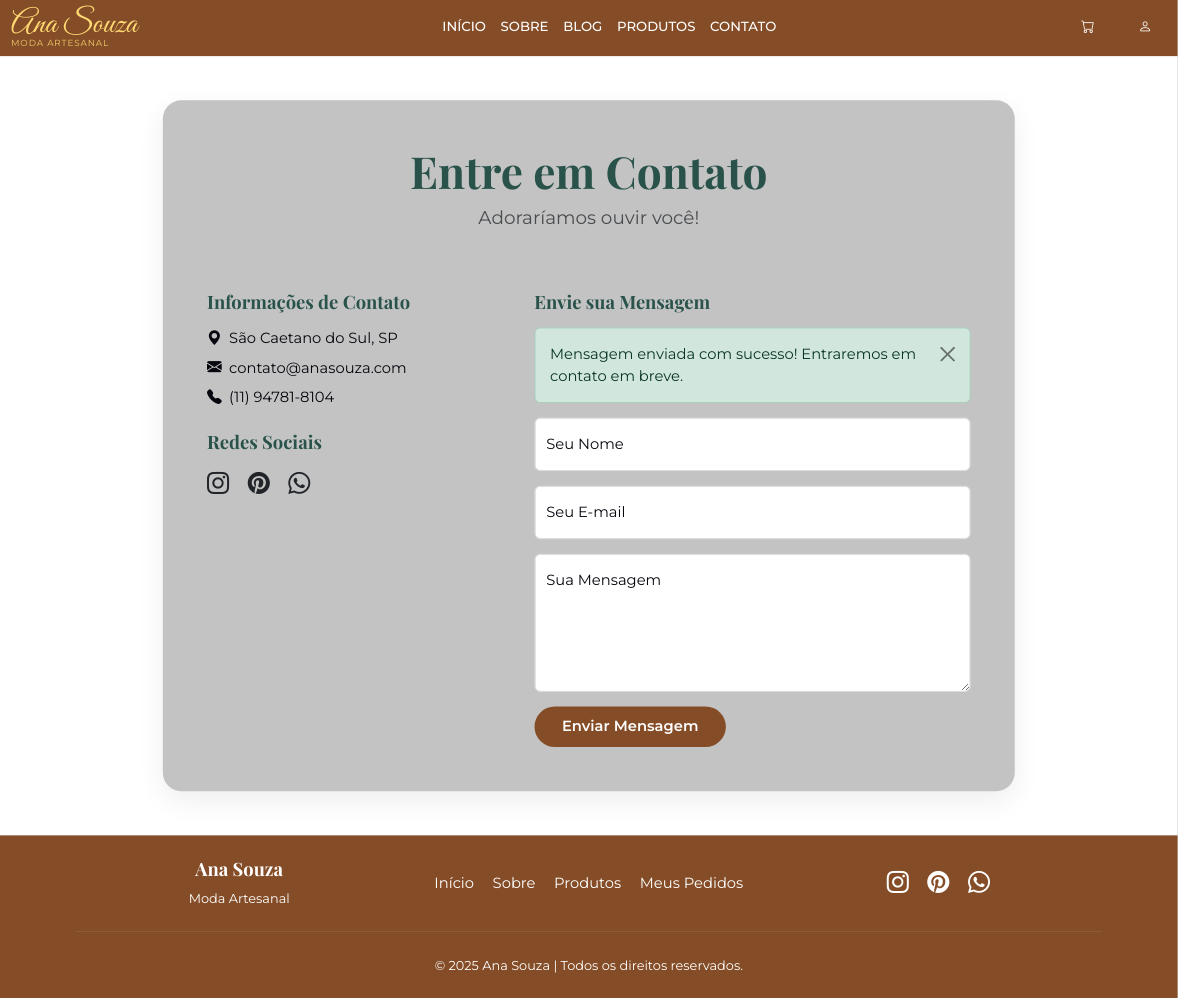
Repository: Lucascsg/projeto-anasouza-frontend
Page: contato.html
The author's editor kept a copy of each file at every save. The page is drawn from the files as they stood at one save, then again after the next save.
The browser window is 1280 px wide. The pictures show the whole page, at 92% of full size.
Empty fields were first filled with sample values (such as "Sample", 5 or name@example.com).
After loading, the first visible `#contact-form` was submitted once.
The page's requests for data from a server got no answer.

Above is the page before, as saved 2025-10-28 19:19:31.

### contato.html
<!DOCTYPE html>
<html lang="pt-br">
<head>
    <meta charset="UTF-8">
    <meta name="viewport" content="width=device-width, initial-scale=1.0">
    <title>Contato - Ana Souza</title>
    <link href="https://cdn.jsdelivr.net/npm/bootstrap@5.3.2/dist/css/bootstrap.min.css" rel="stylesheet">
    <link rel="stylesheet" href="css/style.css">
    <link rel="stylesheet" href="https://cdn.jsdelivr.net/npm/bootstrap-icons@1.11.1/font/bootstrap-icons.css">
    <link rel="preconnect" href="https://fonts.googleapis.com">
    <link rel="preconnect" href="https://fonts.gstatic.com" crossorigin>
    <link href="https://fonts.googleapis.com/css2?family=Montserrat:wght@400;500;600&family=Playfair+Display:wght@700&family=Great+Vibes&display=swap" rel="stylesheet">
</head>
<body class="bg-white-page">

    <header>
        <nav class="navbar navbar-expand-lg navbar-dark navbar-custom">
            <div class="container-fluid"> <a class="navbar-brand logo-text" href="index.html"> <div>Ana Souza</div> <small class="logo-subtitle">MODA ARTESANAL</small> </a> <button class="navbar-toggler" type="button" data-bs-toggle="collapse" data-bs-target="#navbarNav"> <span class="navbar-toggler-icon"></span> </button> <div class="collapse navbar-collapse" id="navbarNav"> <ul class="navbar-nav mx-auto"> <li class="nav-item"><a class="nav-link" href="index.html">Início</a></li> <li class="nav-item"><a class="nav-link" href="index.html#sobre">Sobre</a></li> <li class="nav-item"><a class="nav-link" href="blog.html">Blog</a></li> <li class="nav-item"><a class="nav-link" href="produtos.html">Produtos</a></li> <li class="nav-item"><a class="nav-link active" href="contato.html">Contato</a></li> </ul> <div class="navbar-icons d-flex"> <a href="carrinho.html" class="nav-link position-relative"> <i class="bi bi-cart"></i> <span class="badge rounded-pill bg-danger position-absolute top-0 start-100 translate-middle" id="contador-carrinho" style="display: none;">0</span> </a> <a href="login.html" class="nav-link ms-3"><i class="bi bi-person"></i></a> </div> </div> </div>
        </nav>
    </header>

    <main class="container my-5">
        <div class="row justify-content-center">
            <div class="col-lg-10">
                <div class="section-card p-4 p-md-5">
                    <div class="row">
                        <div class="col-12 text-center mb-5">
                            <h1 class="display-5 fw-bold">Entre em Contato</h1>
                            <p class="lead text-muted">Adoraríamos ouvir você!</p>
                        </div>
                    </div>
                    <div class="row">
                        <div class="col-md-5 mb-4 mb-md-0">
                            <h5 class="fw-bold mb-3">Informações de Contato</h5>
                            <p class="mb-2"><i class="bi bi-geo-alt-fill me-2"></i>São Caetano do Sul, SP</p>
                            <p class="mb-2"><i class="bi bi-envelope-fill me-2"></i>contato@anasouza.com </p>
                            <p class="mb-4"><i class="bi bi-telephone-fill me-2"></i>(11) 94781-8104</p>

                            <h5 class="fw-bold mb-3">Redes Sociais</h5>
                            <a href="#" class="text-dark fs-4 me-3"><i class="bi bi-instagram"></i></a>
                            <a href="#" class="text-dark fs-4 me-3"><i class="bi bi-pinterest"></i></a>
                            <a href="#" class="text-dark fs-4"><i class="bi bi-whatsapp"></i></a>
                        </div>

                        <div class="col-md-7">
                            <h5 class="fw-bold mb-3">Envie sua Mensagem</h5>
                            <form id="contact-form">
                                <div id="alert-placeholder-contato" class="mb-3"></div>
                                <div class="form-floating mb-3">
                                    <input type="text" class="form-control" id="nome-contato" placeholder="Seu Nome" required>
                                    <label for="nome-contato">Seu Nome</label>
                                </div>
                                <div class="form-floating mb-3">
                                    <input type="email" class="form-control" id="email-contato" placeholder="Seu E-mail" required>
                                    <label for="email-contato">Seu E-mail</label>
                                </div>
                                <div class="form-floating mb-3">
                                    <textarea class="form-control" placeholder="Sua Mensagem" id="mensagem-contato" style="height: 150px" required></textarea>
                                    <label for="mensagem-contato">Sua Mensagem</label>
                                </div>
                                <button type="submit" class="btn btn-custom-primary">Enviar Mensagem</button>
                            </form>
                        </div>
                    </div>
                </div>
            </div>
        </div>
    </main>
    <footer class="py-4 footer-custom">
        <div class="container text-center text-white">
            <div class="row align-items-center">
                <div class="col-md-4 mb-3 mb-md-0">
                    <h5 class="text-white">Ana Souza</h5>
                    <small>Moda Artesanal</small>
                </div>
                <div class="col-md-4 mb-3 mb-md-0">
                    <ul class="list-inline mb-0">
                        <li class="list-inline-item mx-2"><a href="#" class="text-white">Início</a></li>
                        <li class="list-inline-item mx-2"><a href="#sobre" class="text-white">Sobre</a></li>
                        <li class="list-inline-item mx-2"><a href="produtos.html" class="text-white">Produtos</a></li>
                        <li class="list-inline-item mx-2"><a href="historico.html" class="text-white">Meus Pedidos</a></li>
                    </ul>
                </div>
                <div class="col-md-4">
                    <a href="#" class="text-white fs-4 mx-2"><i class="bi bi-instagram"></i></a>
                    <a href="#" class="text-white fs-4 mx-2"><i class="bi bi-pinterest"></i></a>
                    <a href="#" class="text-white fs-4 mx-2"><i class="bi bi-whatsapp"></i></a>
                </div>
            </div>
            <hr class="my-4" style="border-color: rgba(255, 255, 255, 0.3);">
            <small>&copy; 2025 Ana Souza | Todos os direitos reservados.</small>
        </div>
    </footer>

    <script src="https://cdn.jsdelivr.net/npm/bootstrap@5.3.2/dist/js/bootstrap.bundle.min.js"></script>
    <script src="js/contato.js"></script>
    <script src="js/carrinho.js"></script>
</body>
</html>

### css/style.css
/* =================================== */
/* VARIÁVEIS GLOBAIS E ESTILOS BASE    */
/* =================================== */
:root {
    /* Sua paleta de cores (mantive suas últimas alterações) */
    --cor-base-escura: #854D27;
    --cor-acao-vibrante: #854D27;
    --cor-detalhe-quente: #29524A;
    --cor-texto-escuro: #06070E;

    /* Cores Neutras e de Fundo */
    --cor-fundo-claro: #F8F5F2;
    --cor-texto-claro: #FFFFFF;
}

body {
    font-family: 'Montserrat', sans-serif;
    background-color: #B16262;
    color: var(--cor-texto-escuro);
}

/* Estilo para páginas com fundo branco específico */
body.bg-white-page {
    background-color: #FFFFFF;
}

h1, h2, h3, h4, h5, h6 {
    font-family: 'Playfair Display', serif;
    color: var(--cor-detalhe-quente);
}

/* =================================== */
/* ESTILOS DA BARRA DE NAVEGAÇÃO       */
/* =================================== */
.navbar-custom {
    background-color: var(--cor-base-escura);
}
/* ... (O resto dos estilos da navbar e do logo permanecem como você enviou) ... */
.navbar-brand.logo-text {
    display: flex;
    flex-direction: column;
    justify-content: center;
    padding: 0;
    position: relative;
    top: 2px;
}
.navbar-brand div {
    font-family: 'Great Vibes', cursive;
    font-size: 2.2rem;
    color: #FFD972 !important;
    line-height: 1;
    font-weight: normal;
}
.navbar-brand .logo-subtitle {
    font-family: 'Montserrat', sans-serif;
    font-size: 0.6rem;
    text-transform: uppercase;
    letter-spacing: 0.1em;
    display: block;
    opacity: 0.9;
    color: #FFD972;
    margin-top: -5px;
}
/* ... (outros estilos da navbar que você enviou) ... */
.navbar-custom .navbar-brand img {
    height: 40px;
}
.navbar-custom .nav-link {
    color: var(--cor-texto-claro);
    font-weight: 500;
    text-transform: uppercase;
    font-size: 0.9rem;
    padding: 0.5rem 1rem;
    transition: opacity 0.3s;
}
.navbar-custom .nav-link:hover {
    opacity: 0.8;
}
.navbar-icons a {
    color: var(--cor-texto-claro);
    font-size: 1.2rem;
    transition: opacity 0.3s;
}
.navbar-icons a:hover {
    opacity: 0.8;
}


/* =================================== */
/* ESTILOS DA SEÇÃO HERO (IMAGEM)      */
/* =================================== */
#hero {
    position: relative;
    height: 90vh;
    width: 100%;
    display: flex;
    align-items: center;
    justify-content: center;

    /* --- ATUALIZAÇÃO PARA IMAGEM DE FUNDO --- */
    background: url('../imagens/hero-background.jpg') no-repeat center center/cover;
}

#hero::after {
    content: '';
    position: absolute;
    top: 0;
    left: 0;
    width: 100%;
    height: 100%;
    background: rgba(0, 0, 0, 0.6);
    z-index: 1;
}

#hero .hero-content {
    position: relative;
    z-index: 2;
}

#hero .hero-content h1 {
    font-weight: 700;
    color: var(--cor-texto-claro);
}

#hero .hero-content .btn {
    border-radius: 50px;
    padding: 12px 30px;
    font-weight: 600;
}


/* ... (O resto do seu CSS continua exatamente como você enviou) ... */

/* =================================== */
/* ESTILOS GERAIS DAS SEÇÕES           */
/* =================================== */
section h2 {
    color: var(--cor-detalhe-quente);
    margin-bottom: 1rem;
}

/* =================================== */
/* ESTILOS DA SEÇÃO DE PRODUTOS        */
/* =================================== */
.product-card {
    border: none;
    border-radius: 15px;
    box-shadow: 0 4px 15px rgba(0, 0, 0, 0.08);
    transition: all 0.3s ease-in-out;
}
.product-card:hover {
    transform: translateY(-8px);
    box-shadow: 0 8px 25px rgba(0, 0, 0, 0.12);
}
.product-card .card-title {
    color: var(--cor-texto-escuro);
    font-weight: 600;
}
.product-card .btn {
    border-radius: 50px;
    padding: 8px 25px;
    font-weight: 500;
    border-color: var(--cor-base-escura);
    color: var(--cor-base-escura);
}
.product-card .btn:hover {
    background-color: var(--cor-base-escura);
    color: white;
}

/* =================================== */
/* ESTILOS DA SEÇÃO DE BLOG            */
/* =================================== */
.btn-custom-primary {
    background-color: var(--cor-acao-vibrante);
    color: white;
    border: none;
    border-radius: 50px;
    padding: 10px 30px;
    font-weight: 600;
    transition: all 0.3s;
}
.btn-custom-primary:hover {
    background-color: var(--cor-acao-vibrante);
    color: white;
    opacity: 0.9;
    transform: translateY(-2px);
}
#blog img {
    border-radius: 15px;
}

/* =================================== */
/* ESTILOS DO RODAPÉ (FOOTER)          */
/* =================================== */
.footer-custom {
    background-color: var(--cor-base-escura);
}
.footer-custom a {
    text-decoration: none;
    transition: opacity 0.3s;
}
.footer-custom a:hover {
    opacity: 0.8;
}

/* =================================== */
/* ESTILO DE SEÇÃO EM FORMATO DE CARD  */
/* =================================== */

.section-card {
    background-color: #c3c3c3; /* Fundo branco para o card */
    padding: 3rem 2rem;        /* Espaçamento interno generoso */
    border-radius: 20px;       /* As pontas curvadas que você pediu */
    box-shadow: 0 10px 30px rgba(0, 0, 0, 0.07); /* Sombra sutil para "flutuar" */
}

/* =================================== */
/* Estilos da Página de Produto        */
/* =================================== */

.product-price {
    color: var(--cor-detalhe-quente); /* Usando o verde/marrom dos títulos */
    font-weight: 600;
}

/* =================================== */
/* Estilos da Personalização de Cor    */
/* =================================== */

.seletor-cor {
    width: 32px;
    height: 32px;
    border-radius: 50%; /* Deixa o elemento redondo */
    border: 2px solid #eee;
    cursor: pointer;
    margin-right: 10px;
    margin-bottom: 10px;
    transition: transform 0.2s ease-in-out;
    background-size: cover;
    background-position: center;
}

.seletor-cor:hover {
    transform: scale(1.1); /* Efeito de zoom no hover */
}

/* Estilo para o seletor de cor que está ativo/selecionado */
.seletor-cor.active {
    border-color: var(--cor-base-escura); /* Usa a cor da navbar para destacar */
    box-shadow: 0 0 8px rgba(0, 0, 0, 0.3);
}

/* ============================================= */
/* REFINAMENTO DA PÁGINA DE POST (LEIA MAIS)     */
/* ============================================= */

/* 1. Controlando o tamanho da imagem de destaque */
#post-imagem {
    max-height: 450px; /* Define uma altura máxima para a imagem */
    width: 100%;
    object-fit: cover;   /* Garante que a imagem cubra o espaço sem distorcer */
    border-radius: 15px; /* Bordas mais suaves, combinando com o resto do site */
}

/* 2. Ajustando o Título e a Data */
#post-titulo {
    margin-top: 2.5rem; /* Adiciona mais espaço acima do título */
}

#post-data {
    font-size: 0.8rem;
    text-transform: uppercase;
    letter-spacing: 0.05em; /* Espaçamento entre as letras para um look mais "design" */
}

/* 3. Melhorando a legibilidade do texto do artigo */
#post-conteudo p {
    font-size: 1.1rem;      /* Aumenta um pouco o tamanho da fonte para leitura */
    line-height: 1.8;       /* Aumenta o espaçamento entre as linhas, essencial para textos longos */
    color: #343a40;         /* Um cinza mais escuro para melhor contraste e conforto visual */
}

/* Estilo para os cards de resumo na página de agradecimento */
.summary-item-card {
    background-color: #c3c3c3 !important; /* O cinza que você usou nos section-cards */
    border: none;
    color: var(--cor-texto-escuro); /* Garante que o texto dentro seja escuro */
}

/* =================================== */
/* Estilos para Formulários de Login/Cadastro */
/* =================================== */
.form-container {
    padding: 2rem;
}

@media (min-width: 768px) {
    .form-container {
        padding: 3rem;
    }
}

/* Links personalizados para autenticação */
.link-custom-secondary {
    color: var(--cor-base-escura); /* Usa sua cor base escura */
    text-decoration: underline;
}
.link-custom-secondary:hover {
    color: var(--cor-principal-hover); /* Muda para o hover da cor principal */
    text-decoration: none;
}

### js/contato.js
document.addEventListener('DOMContentLoaded', () => {
    const contactForm = document.getElementById('contact-form');
    const alertPlaceholder = document.getElementById('alert-placeholder-contato');

    const showAlert = (message, type) => {
        alertPlaceholder.innerHTML =
            `<div class="alert alert-${type} alert-dismissible fade show" role="alert">
               ${message}
               <button type="button" class="btn-close" data-bs-dismiss="alert" aria-label="Close"></button>
            </div>`;
    }

    if (contactForm) {
        contactForm.addEventListener('submit', (event) => {
            event.preventDefault(); // Impede o envio real

            const nome = document.getElementById('nome-contato').value.trim();
            const email = document.getElementById('email-contato').value.trim();
            const mensagem = document.getElementById('mensagem-contato').value.trim();

            if (nome === '' || email === '' || mensagem === '') {
                showAlert('Por favor, preencha todos os campos.', 'warning');
                return;
            }

            // Simula o envio
            console.log("Simulando envio de mensagem:", { nome, email, mensagem });
            showAlert('Mensagem enviada com sucesso! Entraremos em contato em breve.', 'success');
            contactForm.reset(); // Limpa o formulário
        });
    }

    // Chama a função para garantir que o contador do carrinho apareça corretamente
    if (typeof atualizarContadorCarrinho === "function") {
        atualizarContadorCarrinho();
    }
});

Loaded but not shown: js/carrinho.js (227 lines, source omitted)

After the next save:
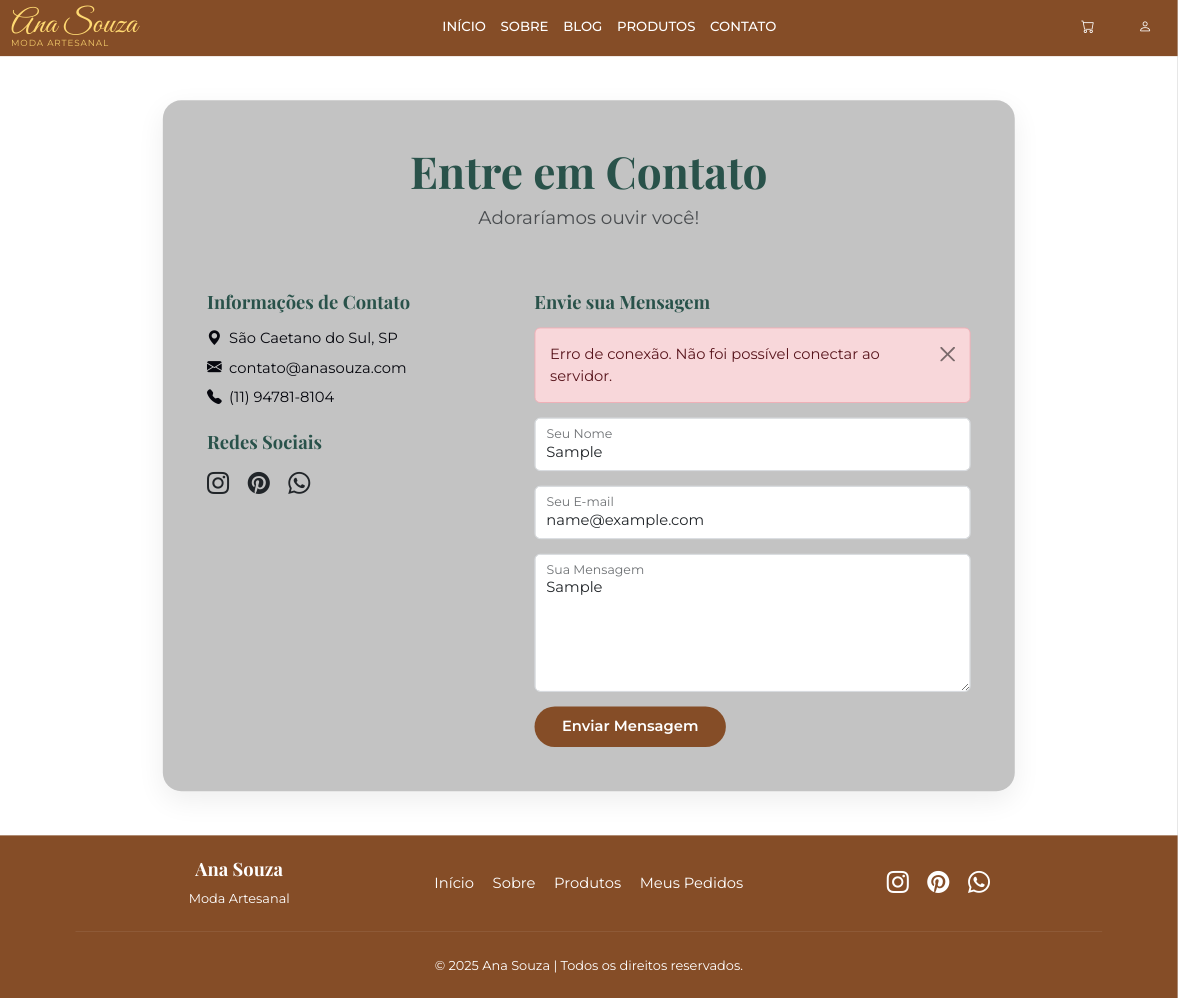
Saved 3 h 43 min later.
--- a/js/contato.js
+++ b/js/contato.js
@@ -11,8 +11,9 @@ document.addEventListener('DOMContentLoaded', () => {
     }
 
     if (contactForm) {
-        contactForm.addEventListener('submit', (event) => {
+        contactForm.addEventListener('submit', async (event) => { // Tornamos async
             event.preventDefault(); // Impede o envio real
+            alertPlaceholder.innerHTML = ''; // Limpa alertas
 
             const nome = document.getElementById('nome-contato').value.trim();
             const email = document.getElementById('email-contato').value.trim();
@@ -23,10 +24,36 @@ document.addEventListener('DOMContentLoaded', () => {
                 return;
             }
 
-            // Simula o envio
-            console.log("Simulando envio de mensagem:", { nome, email, mensagem });
-            showAlert('Mensagem enviada com sucesso! Entraremos em contato em breve.', 'success');
-            contactForm.reset(); // Limpa o formulário
+            // --- CONEXÃO COM O BACK-END ---
+            try {
+                const response = await fetch('http://localhost:8080/api/contato', {
+                    method: 'POST',
+                    headers: {
+                        'Content-Type': 'application/json',
+                    },
+                    body: JSON.stringify({
+                        nome: nome,
+                        email: email,
+                        mensagem: mensagem
+                    }),
+                });
+
+                const data = await response.json().catch(() => ({}));
+
+                if (response.ok) { // 200 OK
+                    showAlert('Mensagem enviada com sucesso! Entraremos em contato em breve.', 'success');
+                    contactForm.reset(); // Limpa o formulário
+                } else {
+                    // Mostra erro vindo do backend
+                    showAlert(data.message || 'Erro ao enviar mensagem.', 'danger');
+                }
+
+            } catch (error) {
+                // Erro de rede
+                console.error('Erro ao tentar enviar mensagem:', error);
+                showAlert('Erro de conexão. Não foi possível conectar ao servidor.', 'danger');
+            }
+            // --- FIM DA CONEXÃO ---
         });
     }
 
